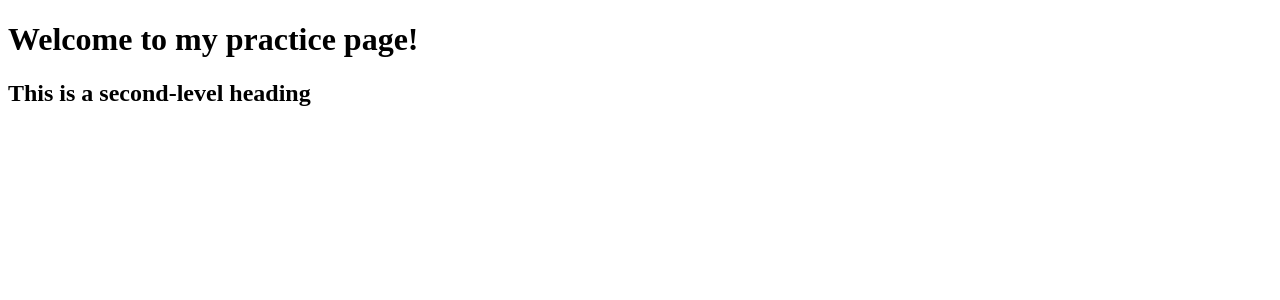
Repository: boofoo-png/mdia-2109
Page: learning-plan.html
These files come from the project's save history. The page is drawn as it stood at one moment and after the next save; the edit follows.
The browser window is 1280 px wide. The pictures show the whole page.

Above is the page before, as saved 2026-01-26 10:04:29.

### learning-plan.html
<!DOCTYPE html>
<html lang="en">
<head>
    <meta charset="UTF-8">
    <meta name="viewport" content="width=device-width, initial-scale=1.0">
    <title>Document</title>
</head>
<body>
    <h1>Welcome to my practice page!</h1>
    <h2>This is a second-level heading</h2>

</body>
</html>

After the next save:
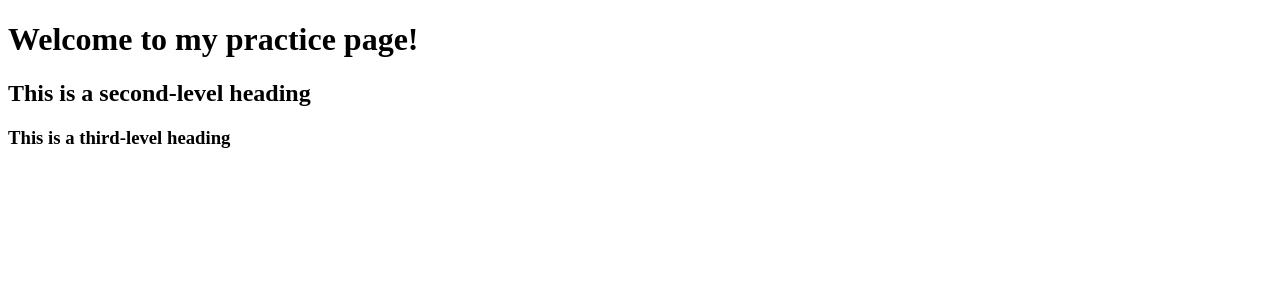
Saved 5 s later.
--- a/learning-plan.html
+++ b/learning-plan.html
@@ -8,6 +8,6 @@
 <body>
     <h1>Welcome to my practice page!</h1>
     <h2>This is a second-level heading</h2>
-
+    <h3>This is a third-level heading</h3>
 </body>
 </html>
